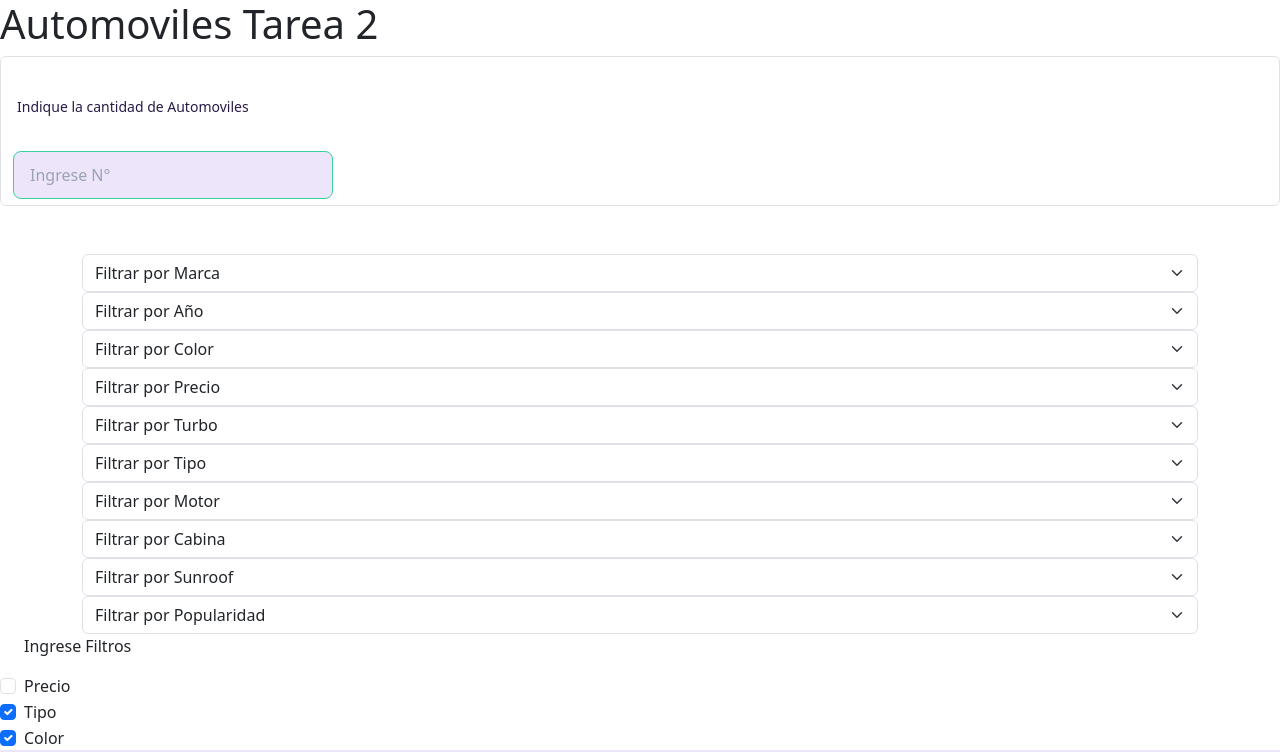
Repository: Claudioxs/Tarea2
Page: /automovil (app in FrontEnd/vue-project/)
An editor plug-in stored every save of this project. The page is shown before and after a run of saves, followed by the edit.
The browser window is 1280 px wide. The pictures show the whole page.
The project was rebuilt for these pictures with package versions that can differ from the ones it lists, and the page was loaded fresh each time. Also part of the build but not shown: FrontEnd/vue-project/vite.config.js.

Above is the page before, as saved 2023-05-22 00:05:05.

After the next 3 saves:
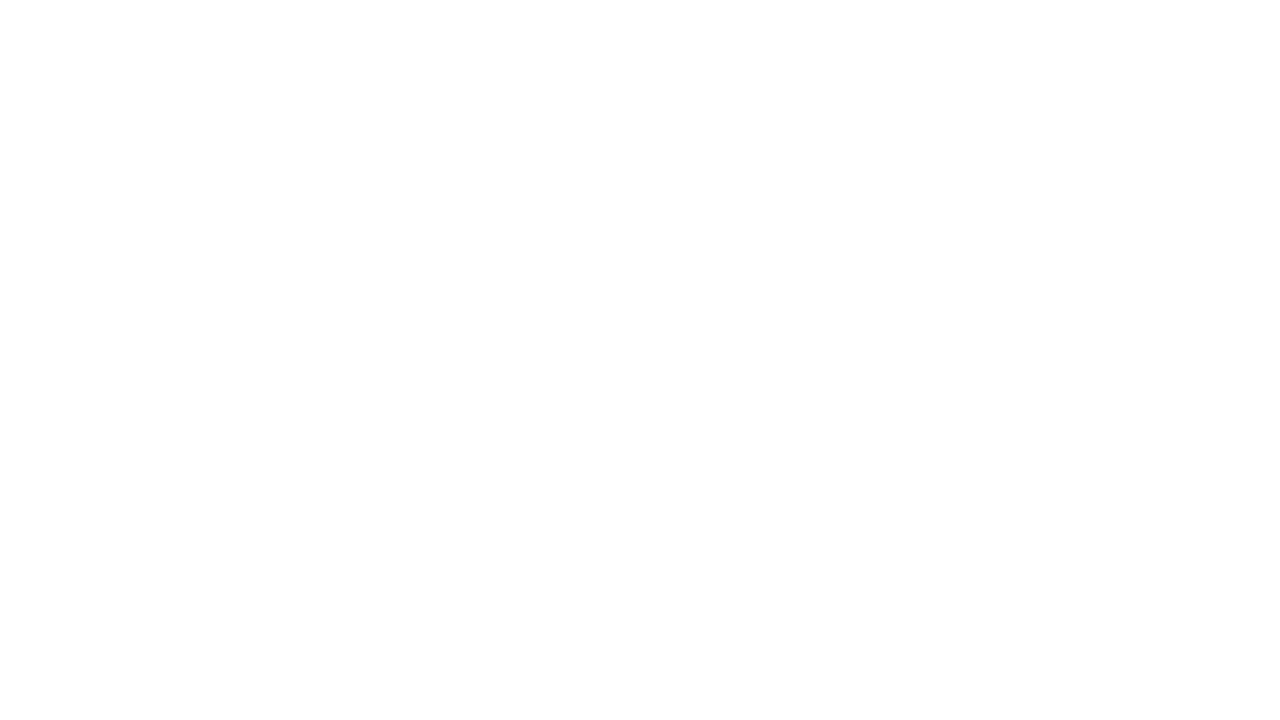
Console error: ReferenceError: Navbar is not defined
The 3 saves are shown as one change because 2 did not build or start.
The last was saved 22 h 18 min later.
--- a/FrontEnd/vue-project/src/views/Automovil.vue
+++ b/FrontEnd/vue-project/src/views/Automovil.vue
@@ -108,3 +108,47 @@
 }
 
 </style>
+<script>
+import axios from 'axios'
+
+export default {
+  components: {Navbar},
+
+  data: () => ({
+
+    asignaturas:[],
+    periodos:[],
+    listaPeriodos:[]
+  }),
+
+  methods: {
+
+    cearAutomovil(cant){
+     axios({
+       method: "GET",
+       url: "http://localhost:8080/automovil/generate?cantidad="+cant,
+
+       }).then((res) => {
+        alert(
+         "Automoviles creados"
+        )
+       }).catch((err) => console.log(err));
+    },
+
+    //filtramos por color
+    filtrarColor(col){
+      axios({
+       method: "GET",
+       url: "http://localhost:8080/automovil/buscarPorColor?color="+col,
+
+       }).then((res) => {
+        alert(
+         "Periodo Añadido correctamente a asignatura"
+        )
+       }).catch((err) => console.log(err));
+    }
+   }
+
+}
+
+</script>

After the 2 saves that followed:
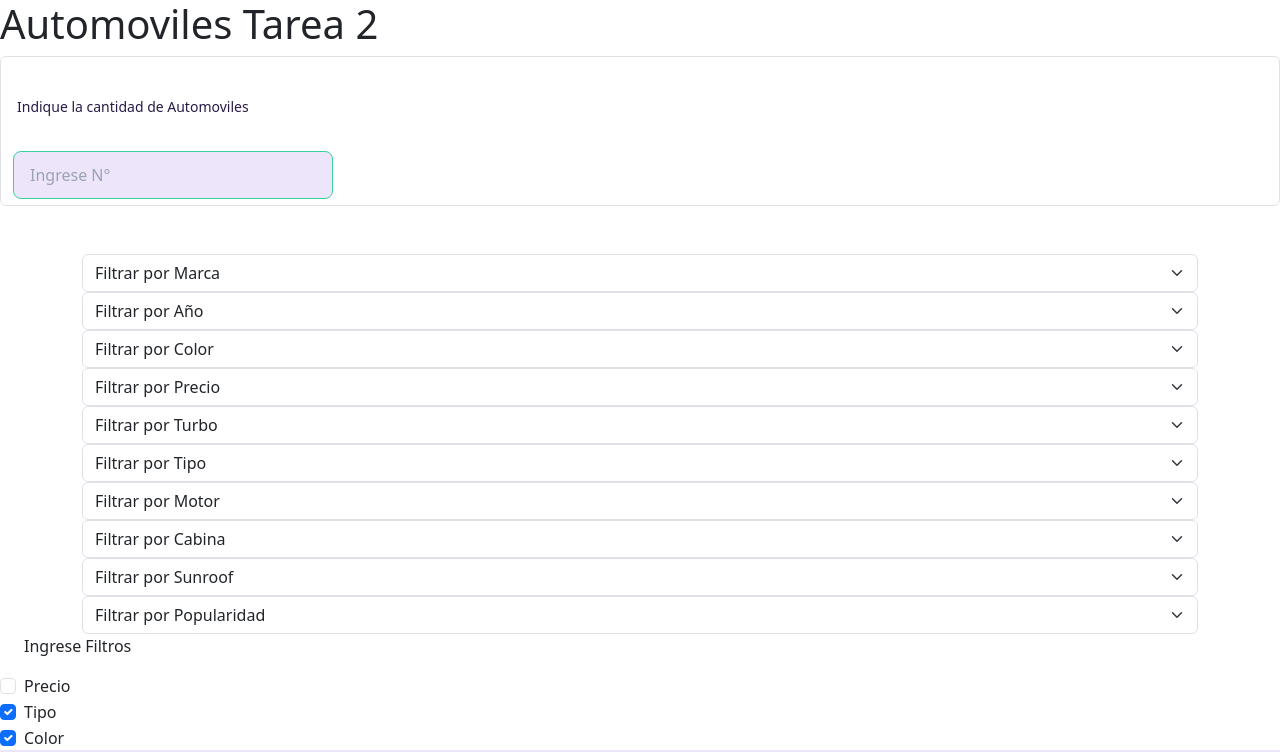
The error is gone.
The 2 saves are shown as one change because 1 left the picture as it was.
The last was saved 12 min 12 s later.
--- a/FrontEnd/vue-project/src/views/Automovil.vue
+++ b/FrontEnd/vue-project/src/views/Automovil.vue
@@ -6,7 +6,7 @@
 
 <div class="form-control ">
   <label class="label">
-    <span class="label-text">Indique la cantidad de Automoviles </span> <br>
+    <span class="label-text"  @click="crearAutomovil(label-text)">Indique la cantidad de Automoviles </span> <br>
     <br><br>
 
   </label>
@@ -100,6 +100,7 @@
 
 
 </template>
+
 <style>
 .container{
    margin-left: 5px;
@@ -108,17 +109,15 @@
 }
 
 </style>
+
 <script>
 import axios from 'axios'
 
 export default {
-  components: {Navbar},
 
   data: () => ({
 
-    asignaturas:[],
-    periodos:[],
-    listaPeriodos:[]
+
   }),
 
   methods: {
